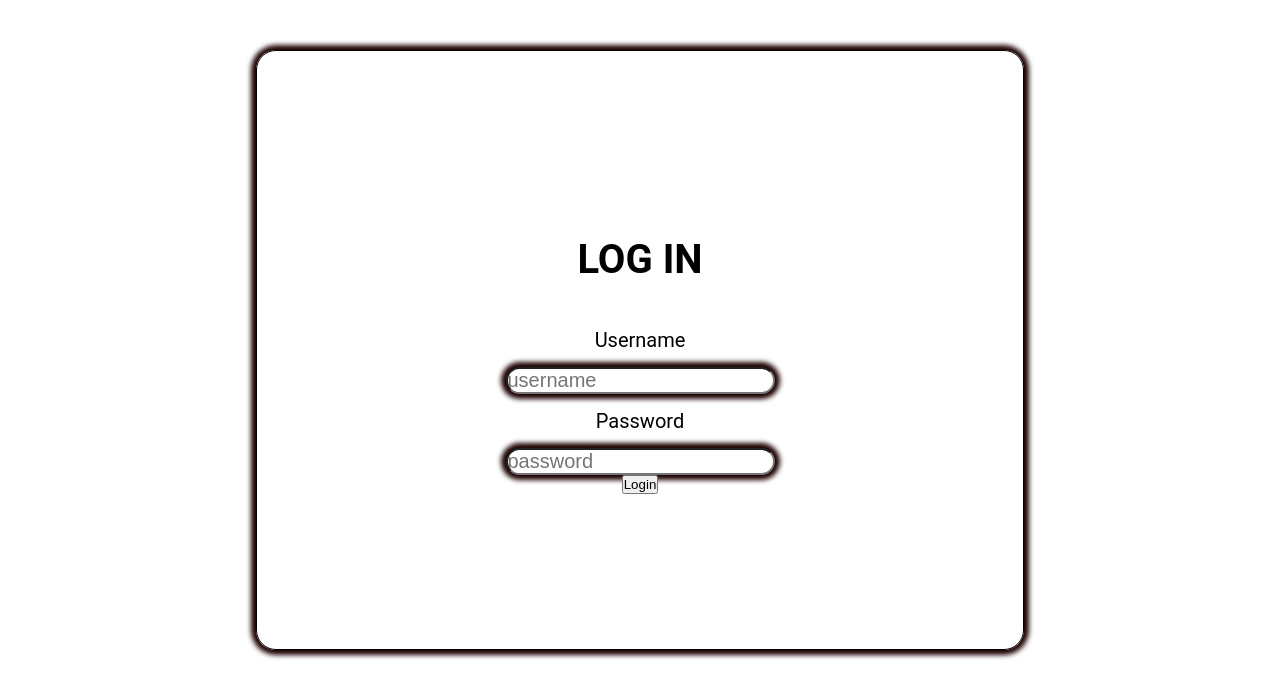
Repository: huyna1707/learning-git
Page: index.html
These files come from the project's save history. The page is drawn as it stood at one moment and after a run of saves; the edit follows.
The browser window is 1280 px wide. The pictures show the whole page.

Above is the page before, as saved 2024-08-09 23:24:20.

### index.html
<!DOCTYPE html>
<html>
<head>
    <title>Form Login</title>
    <link rel="stylesheet" href="style.css">
    <script defer src="main.js"></script>
</head>
<body>
    <form action="menu">
        <h4>LOG IN</h4>
        <label for="username">Username</label>
        <input type="text" placeholder="username" id="username">
        <label for="passworld">Password</label>
        <input type="password" placeholder="password" id="password">
        <button type="submit" onclick="login">Login</button>
    </form>
</body>
</html>

### style.css
*{
    margin: 0;
    padding: 0;
    box-sizing: border-box;
}

html{
    font-size: 15px;
    font-family: 'Roboto', sans-serif;
    display: flex;
    justify-content: center;
    align-items: center;
}

form{
    width: 60vw;
    height: 600px;
    display: flex;
    flex-direction: column;
    justify-content: center;
    align-items: center;
    margin-top: 50px;
    border: 1px solid black;
    border-radius: 20px;
    box-shadow: rgb(30, 0, 0) 0 0 5px 5px;
}

form h4{
    font-size: 40px;
    font-weight: 600;
    margin: 30px;;
}
form label{
    font-size : 20px;
    margin: 15px ;
}
form input{
    border-radius: 20px;
    font-size: 20px;
    box-shadow: rgb(30, 0, 0) 0 0 5px 5px;
}

### main.js
// window.prompt('What is your name?');

After the next 2 saves:
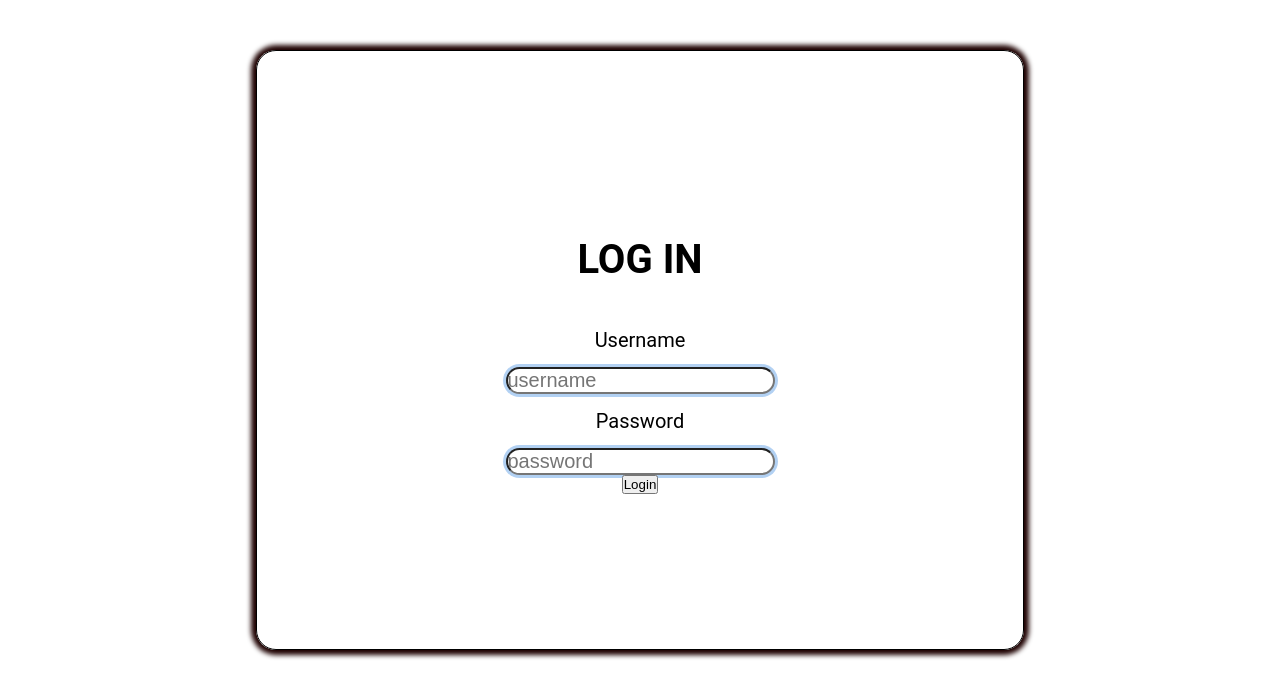
The 2 saves are shown as one change because they came seconds apart.
The last was saved 46 s later.
--- a/style.css
+++ b/style.css
@@ -37,5 +37,5 @@ form label{
 form input{
     border-radius: 20px;
     font-size: 20px;
-    box-shadow: rgb(30, 0, 0) 0 0 5px 5px;
+    box-shadow: rgba(3, 102, 214, 0.3) 0px 0px 0px 3px;
 }
